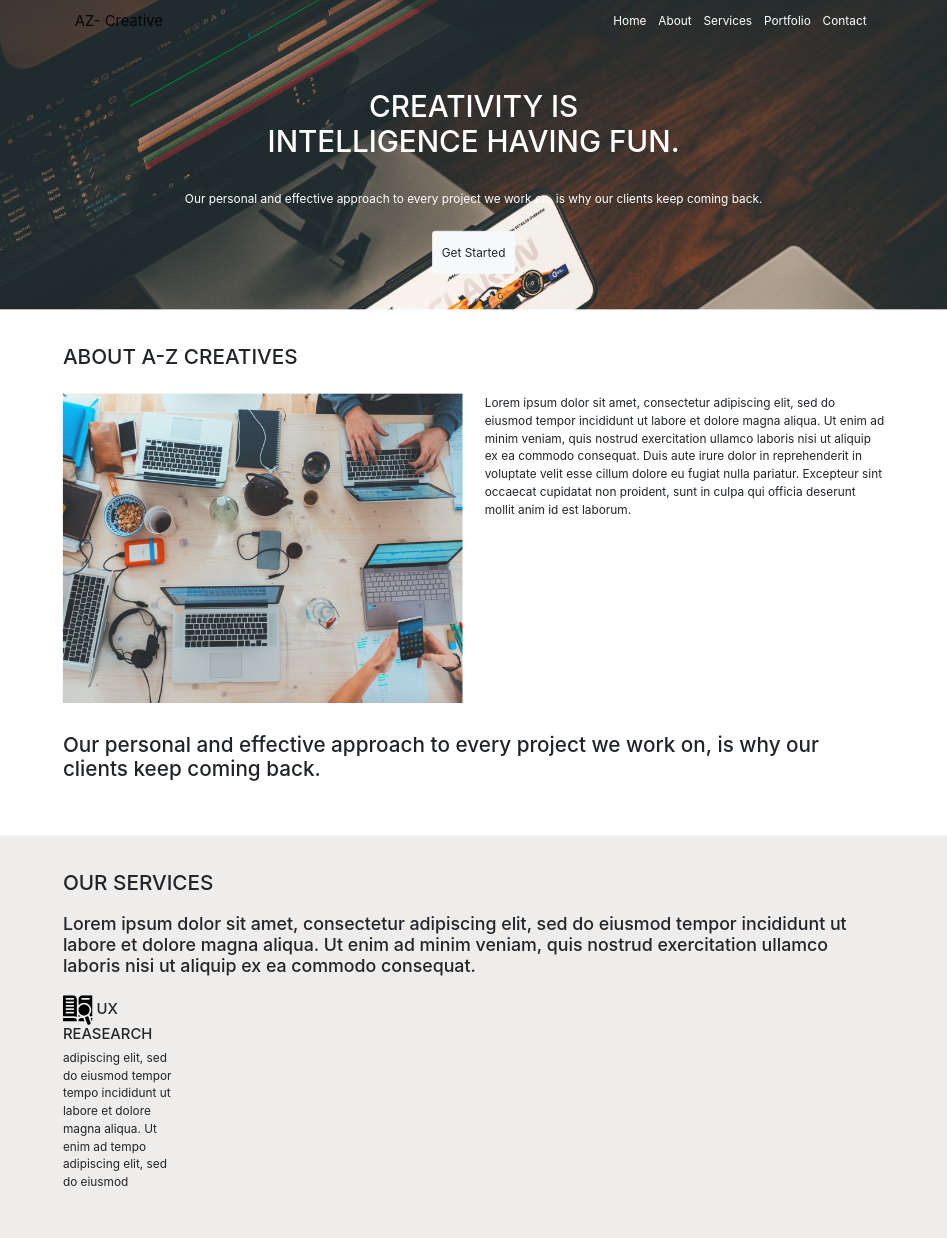
Repository: Syfon01/hng-port
Page: index.html
An editor plug-in stored every save of this project. The page is shown before and after the next save, followed by the edit.
The browser window is 1280 px wide. The pictures show the whole page, at 74% of full size.

Above is the page before, as saved 2020-06-27 20:52:47.

### index.html
<!doctype html>
<html lang="en">
  <head>
    <title>Title</title>
    <!-- Required meta tags -->
    <meta charset="utf-8">
    <meta name="viewport" content="width=device-width, initial-scale=1, shrink-to-fit=no">

    <!-- Bootstrap CSS -->
    <link rel="stylesheet" href="https://stackpath.bootstrapcdn.com/bootstrap/4.5.0/css/bootstrap.min.css"
      integrity="sha384-9aIt2nRpC12Uk9gS9baDl411NQApFmC26EwAOH8WgZl5MYYxFfc+NcPb1dKGj7Sk" crossorigin="anonymous">
  <link rel="stylesheet" href="style.css">
  </head>
  <body>
    <section id="home">
      <div class="container">
        <nav class="navbar navbar-expand-lg navbar-light text-white">
          <a class="navbar-brand" href="#">AZ- Creative</a>
          <button class="navbar-toggler" type="button" data-toggle="collapse" data-target="#navbarNav" aria-controls="navbarNav"
            aria-expanded="false" aria-label="Toggle navigation">
            <span class="navbar-toggler-icon"></span>
          </button>
          <div class="collapse navbar-collapse" id="navbarNav">
            <ul class="navbar-nav ml-auto">
              <li class="nav-item active">
                <a class="nav-link" href="#">Home <span class="sr-only">(current)</span></a>
              </li>
              <li class="nav-item">
                <a class="nav-link" href="#">About</a>
              </li>
              <li class="nav-item">
                <a class="nav-link" href="#">Services</a>
              </li>

              <li class="nav-item">
                <a class="nav-link" href="#">Portfolio</a>
              </li>
              <li class="nav-item">
                <a class="nav-link " href="#">Contact</a>
              </li>
            </ul>
          </div>
        </nav>

        <div class="home-content text-white text-center py-5">
          <h1 class="py-3">CREATIVITY IS
            <br>
            INTELLIGENCE HAVING FUN.</h1>
          <p class="py-3">Our personal and effective approach to every
            project we work on, is why our clients
            keep coming back.</p>

        <button type="submit" class="btn btn-light py-3">Get Started</button>

        </div>
      </div>

    </section>
    <section id="about">
      <div class="container py-5">
        <h3>ABOUT A-Z CREATIVES</h3>
        <div class="row py-4">
          <div class="col-lg-6 col-md-6 col-sm-12 col-12">
              <img src="./img/about.png" alt="" srcset="" class="img-fluid">
          </div>
          <div class="col-lg-6 col-md-6 col-sm-12 col-12">
          <p>
            Lorem ipsum dolor sit amet, consectetur adipiscing elit, sed do eiusmod tempor incididunt ut labore et dolore magna
            aliqua. Ut enim ad minim veniam, quis nostrud exercitation ullamco laboris nisi ut aliquip ex ea commodo consequat. Duis
            aute irure dolor in reprehenderit in voluptate velit esse cillum dolore eu fugiat nulla pariatur. Excepteur sint
            occaecat cupidatat non proident, sunt in culpa qui officia deserunt mollit anim id est laborum.

          </p>
          </div>
        </div>
        <h3 class="py-3">
          Our personal and effective approach to every project we work on, is why our clients keep coming back.
        </h3>
      </div>
    </section>
    <section id="services">
      <div class="container py-5">
        <h3>
          OUR SERVICES
        </h3>
        <h4 class="py-3">
          Lorem ipsum dolor sit amet, consectetur adipiscing elit, sed do eiusmod tempor incididunt ut labore et dolore magna
          aliqua. Ut enim ad minim veniam, quis nostrud exercitation ullamco laboris nisi ut aliquip ex ea commodo consequat.
        </h4>

        <div class="row">
          <div class="col-lg-2 col-md-6 col-sm-12 ">
            <h5><img src="./img/svg/ux.svg">  UX REASEARCH</h5>
            <p>
              adipiscing elit, sed do eiusmod tempor tempo incididunt ut labore et dolore magna aliqua. Ut enim ad tempo
              adipiscing elit, sed do eiusmod
            </p>
          </div>
          <div class="col-lg-2 col-md-6 col-sm-12 ">

          </div>
        </div>
      </div>

    </section>
    <section id="portfolio">

    </section>

    <!-- Optional JavaScript -->
    <!-- jQuery first, then Popper.js, then Bootstrap JS -->
    <script src="https://code.jquery.com/jquery-3.5.1.slim.min.js"
      integrity="sha384-DfXdz2htPH0lsSSs5nCTpuj/zy4C+OGpamoFVy38MVBnE+IbbVYUew+OrCXaRkfj" crossorigin="anonymous"></script>
    <script src="https://cdn.jsdelivr.net/npm/popper.js@1.16.0/dist/umd/popper.min.js"
      integrity="sha384-Q6E9RHvbIyZFJoft+2mJbHaEWldlvI9IOYy5n3zV9zzTtmI3UksdQRVvoxMfooAo" crossorigin="anonymous"></script>
    <script src="https://stackpath.bootstrapcdn.com/bootstrap/4.5.0/js/bootstrap.min.js"
      integrity="sha384-OgVRvuATP1z7JjHLkuOU7Xw704+h835Lr+6QL9UvYjZE3Ipu6Tp75j7Bh/kR0JKI" crossorigin="anonymous"></script>

  </body>
</html>

### style.css
#home{
  background-image: url('/img/home.png'),
  linear-gradient(to bottom, rgba(0, 0, 0, 0.52), rgba(0, 0, 0, 0.73));
  background-size: cover;
}
.nav-link {
  color: #fff!important;
}

#services{
  background-color: #EEEDEC;
}

After the next save:
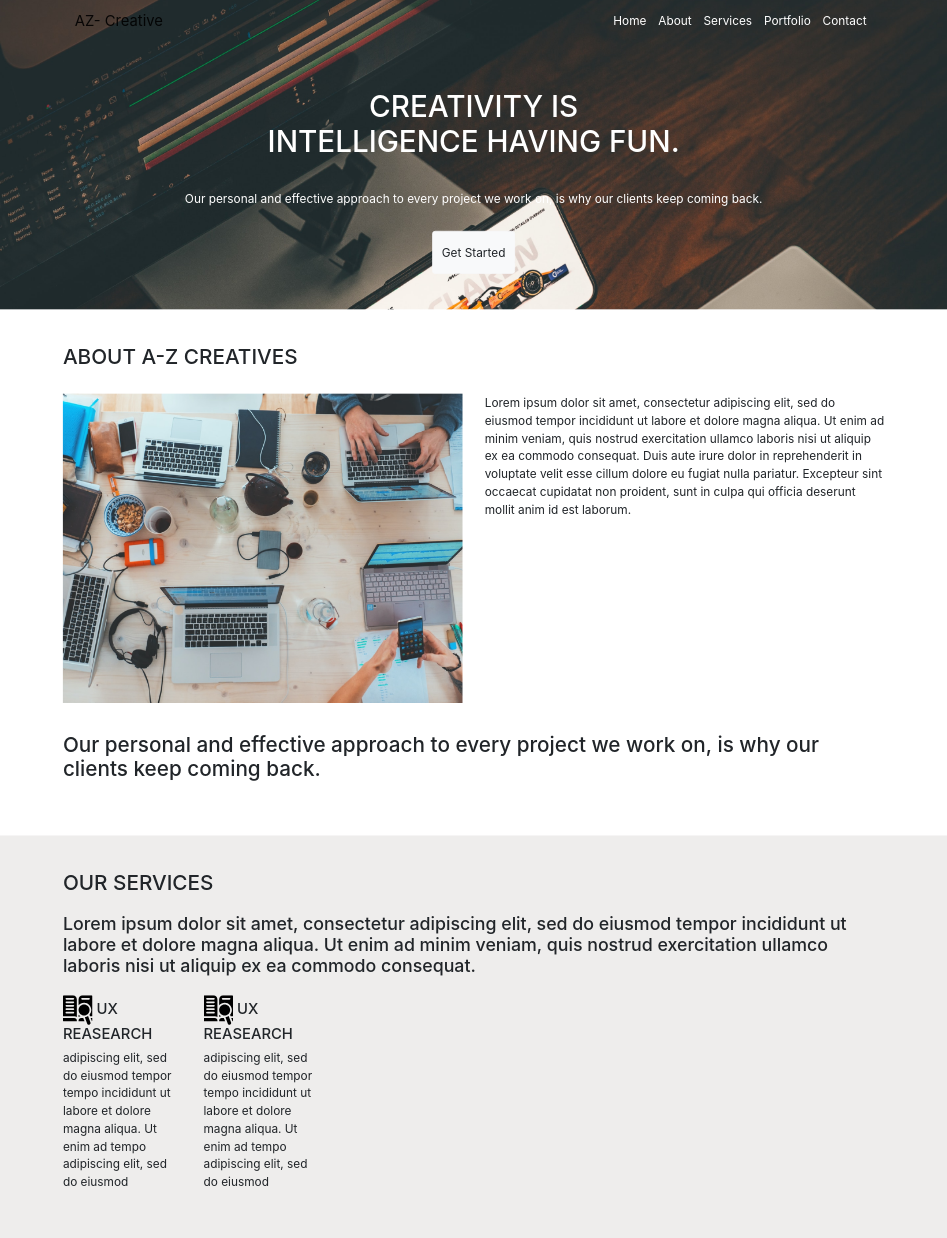
Saved 10 s later.
--- a/index.html
+++ b/index.html
@@ -97,7 +97,11 @@
             </p>
           </div>
           <div class="col-lg-2 col-md-6 col-sm-12 ">
-
+          <h5><img src="./img/svg/ux.svg"> UX REASEARCH</h5>
+          <p>
+            adipiscing elit, sed do eiusmod tempor tempo incididunt ut labore et dolore magna aliqua. Ut enim ad tempo
+            adipiscing elit, sed do eiusmod
+          </p>
           </div>
         </div>
       </div>
